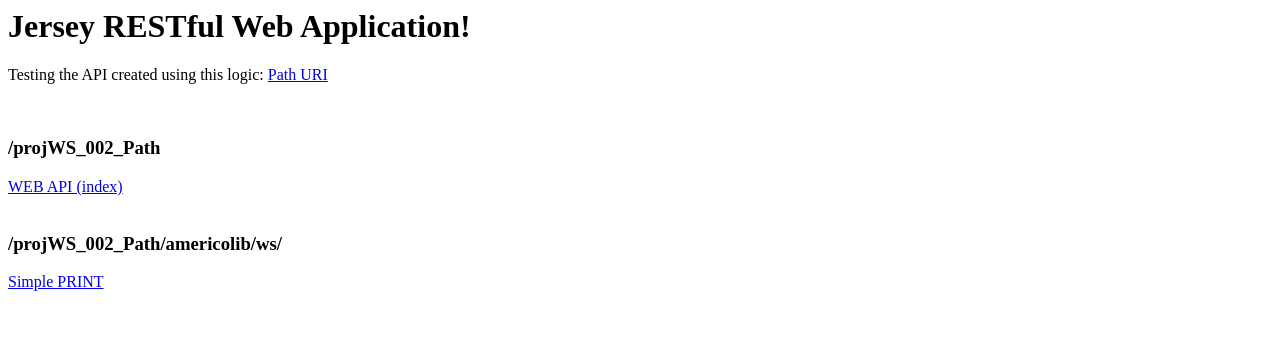
Repository: atafs/BackEnd_JAX-RS_REST_2continue
Page: http://localhost/projWS_002_Path/
These files come from the project's save history. The page is drawn as it stood at one moment and after the next save; the edit follows.
The browser window is 1280 px wide. The pictures show the whole page.
The page is served by Tomcat 9. Other server files are loaded and not shown.

Above is the page before, as saved 2016-05-02 10:40:08.

### projWS_002_Path/src/main/webapp/index.jsp
<html>
<body>
    <!-- TITLE -->
	<h1>Jersey RESTful Web Application!</h1>


	<!-- TXT -->
	<p>Testing the API created using this logic:
		<a href="http://www.mkyong.com/webservices/jax-rs/jax-rs-path-uri-matching-example/">Path URI</a>
	</p><br/>

	<!-- LINKS -->
	<h3>/projWS_002_Path</h3>
	<a href="http://localhost:8085/projWS_002_Path/">WEB API (index)</a><br/><br/>

	<h3>/projWS_002_Path/americolib/ws/</h3>
	<a href="http://localhost:8085/projWS_002_Path/americolib/ws/">Simple PRINT</a><br/><br/>

</body>
</html>

After the next save:
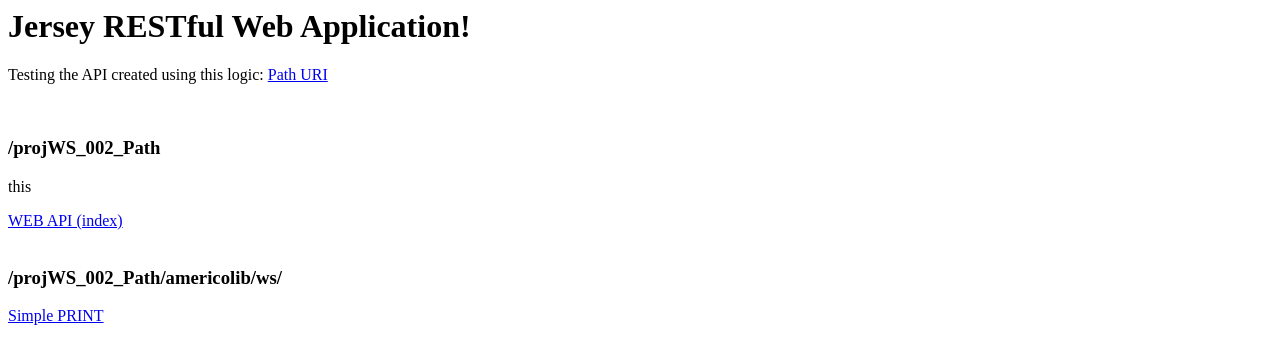
Saved 40 s later.
--- a/projWS_002_Path/src/main/webapp/index.jsp
+++ b/projWS_002_Path/src/main/webapp/index.jsp
@@ -11,6 +11,7 @@
 
 	<!-- LINKS -->
 	<h3>/projWS_002_Path</h3>
+	<p>this</p>
 	<a href="http://localhost:8085/projWS_002_Path/">WEB API (index)</a><br/><br/>
 
 	<h3>/projWS_002_Path/americolib/ws/</h3>

After the save that followed:
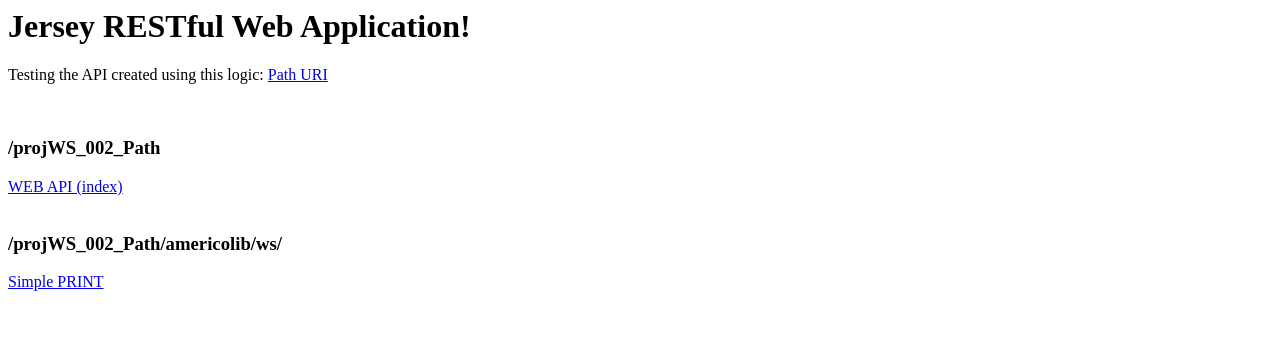
Saved 13 s later.
--- a/projWS_002_Path/src/main/webapp/index.jsp
+++ b/projWS_002_Path/src/main/webapp/index.jsp
@@ -11,7 +11,6 @@
 
 	<!-- LINKS -->
 	<h3>/projWS_002_Path</h3>
-	<p>this</p>
 	<a href="http://localhost:8085/projWS_002_Path/">WEB API (index)</a><br/><br/>
 
 	<h3>/projWS_002_Path/americolib/ws/</h3>
